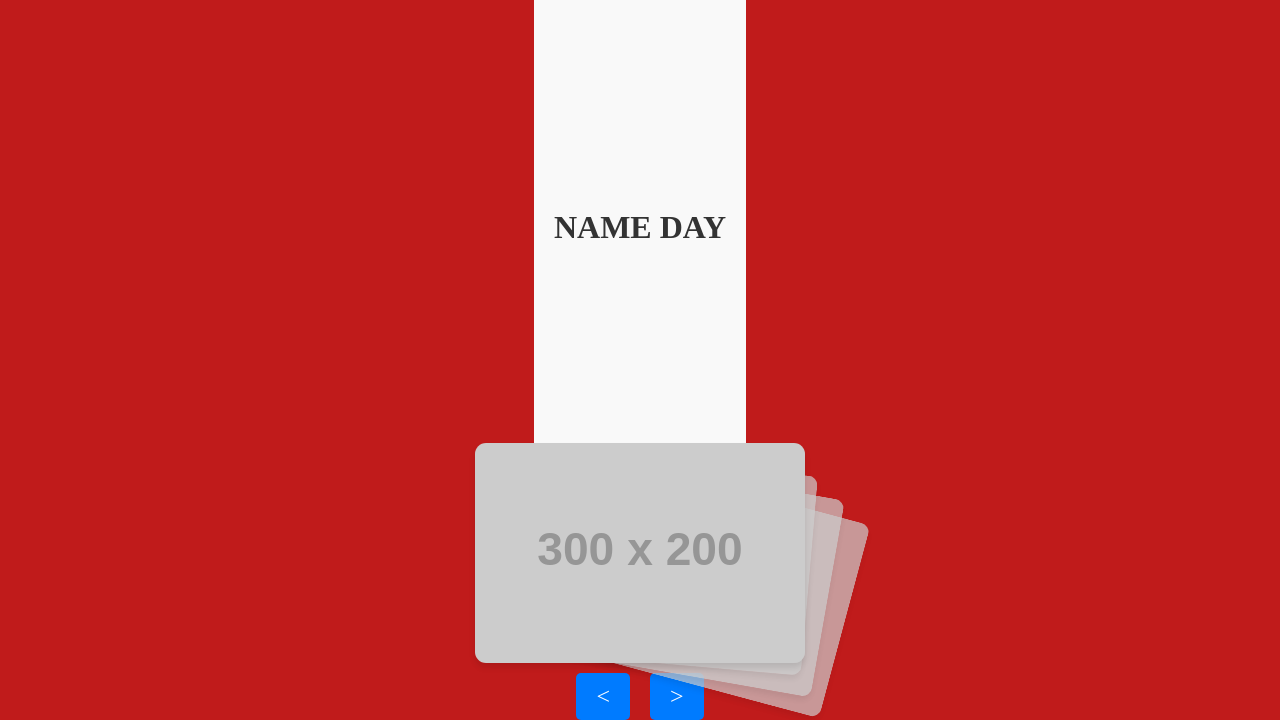
Repository: naps00/BIRTHDAY
Page: /details
These files come from the project's save history. The page is drawn as it stood at one moment and after the next save; the edit follows.
The browser window is 1280 px wide. The pictures show the whole page.
The project was rebuilt for these pictures with package versions that can differ from the ones it lists, and the page was loaded fresh each time.

Above is the page before, as saved 2024-12-12 03:53:18.

After the next save:
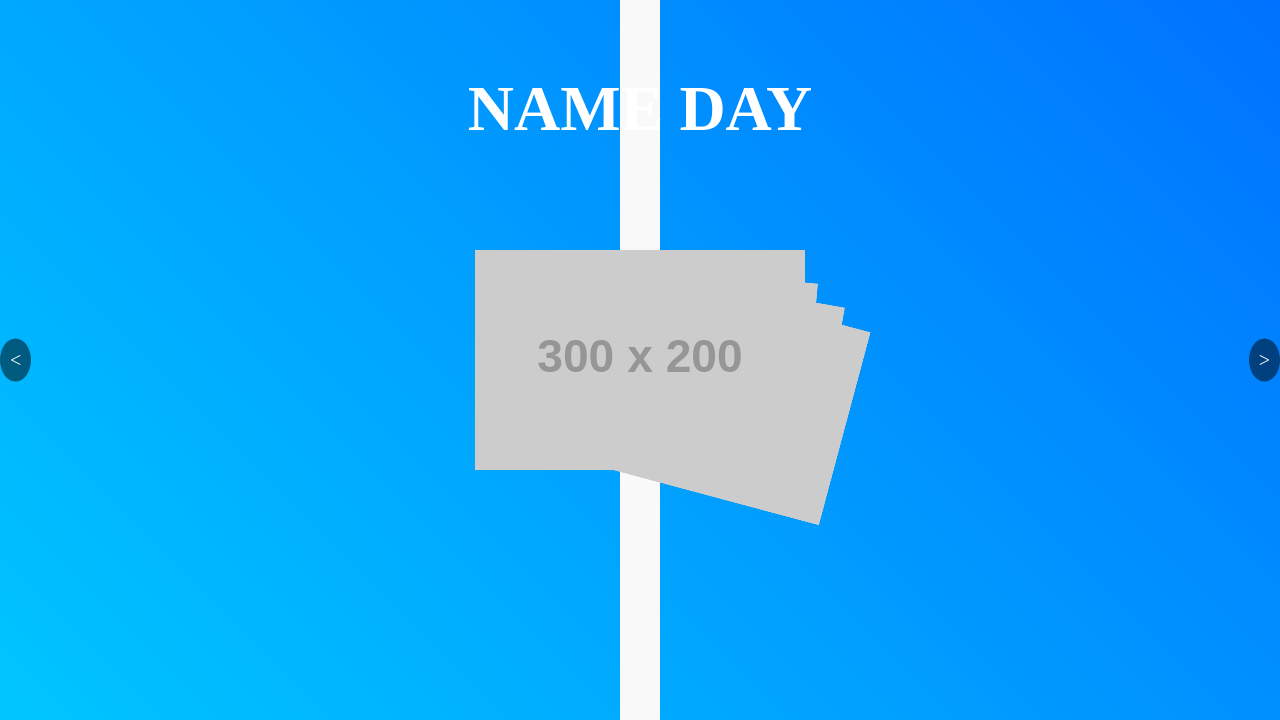
Saved 16 s later.
--- a/src/details.css
+++ b/src/details.css
@@ -1,52 +1,100 @@
+/* พื้นหลังที่เคลื่อนไหว */
 .details-page {
-  display: flex;
-  flex-direction: column;
-  align-items: center;
-  justify-content: center;
-  height: 100vh;
-  background-color: #c01b1b;
-}
+    position: relative;
+    min-height: 100vh;
+    display: flex;
+    flex-direction: column;
+    justify-content: center;
+    align-items: center;
+    background: linear-gradient(45deg, #00c6ff, #0072ff);
+    animation: moveBackground 5s linear infinite;
+  }
 
-.text-section h1 {
-  font-size: 2rem;
-  margin-bottom: 20px;
-}
+  /* เคลื่อนไหวพื้นหลัง */
+  @keyframes moveBackground {
+    0% {
+      background: linear-gradient(45deg, #00c6ff, #0072ff);
+    }
+    50% {
+      background: linear-gradient(45deg, #0072ff, #00c6ff);
+    }
+    100% {
+      background: linear-gradient(45deg, #00c6ff, #0072ff);
+    }
+  }
 
-.card-stack {
-  position: relative;
-  width: 300px;
-  height: 200px;
-}
+  /* ข้อความที่แสดง "สสสส" */
+  .text-section h1 {
+    color: white;
+    font-size: 4rem;
+    text-align: center;
+    margin: 0;
+    position: absolute;
+    top: 10%;
+    z-index: 10;
+  }
 
-.card {
-  width: 300px;
-  height: 200px;
-  border-radius: 10px;
-  box-shadow: 0 4px 6px rgba(0, 0, 0, 0.1);
-  transition: transform 0.3s ease, opacity 0.3s ease;
-  opacity: 0.7; /* ทำให้ภาพที่ไม่ active โปร่งแสง */
-}
+  /* การสไตล์สำหรับส่วนสไลด์ */
+  .slider-container {
+    position: relative;
+    width: 80%;
+    height: 300px;
+    margin-top: 10%; /* เพิ่มระยะห่างจากข้อความ */
+    background-color: #fff;
+    border-radius: 8px;
+    overflow: hidden;
+    box-shadow: 0 4px 10px rgba(0, 0, 0, 0.2);
+  }
 
-.card.active {
-  opacity: 1; /* ทำให้ภาพ active ชัดเจน */
-}
+  /* กำหนดให้รูปภาพซ้อนกัน */
+  .image-stack {
+    position: absolute;
+    top: 0;
+    left: 0;
+    width: 100%;
+    height: 100%;
+    display: flex;
+    flex-direction: row;
+    transition: transform 0.5s ease-in-out;
+  }
 
-.controls {
-  margin-top: 20px;
-}
+  /* รูปภาพที่แสดงอยู่ */
+  .image {
+    position: absolute;
+    top: 0;
+    left: 0;
+    width: 100%;
+    height: 100%;
+    object-fit: cover;
+    opacity: 0.5;
+    transition: opacity 0.5s ease-in-out;
+  }
 
-.controls button {
-  font-size: 1.5rem;
-  margin: 0 10px;
-  padding: 10px 20px;
-  border: none;
-  background-color: #007bff;
-  color: white;
-  border-radius: 5px;
-  cursor: pointer;
-  transition: background-color 0.2s;
-}
+  /* รูปภาพที่แสดงอยู่จะมีความทึบ */
+  .image.active {
+    opacity: 1;
+  }
 
-.controls button:hover {
-  background-color: #0056b3;
-}
+  /* ปุ่มสไลด์ */
+  .controls {
+    position: absolute;
+    top: 50%;
+    width: 100%;
+    display: flex;
+    justify-content: space-between;
+    transform: translateY(-50%);
+  }
+
+  .controls button {
+    background-color: rgba(0, 0, 0, 0.5);
+    color: white;
+    border: none;
+    padding: 10px;
+    cursor: pointer;
+    font-size: 20px;
+    border-radius: 50%;
+  }
+
+  .controls button:hover {
+    background-color: rgba(0, 0, 0, 0.8);
+  }
